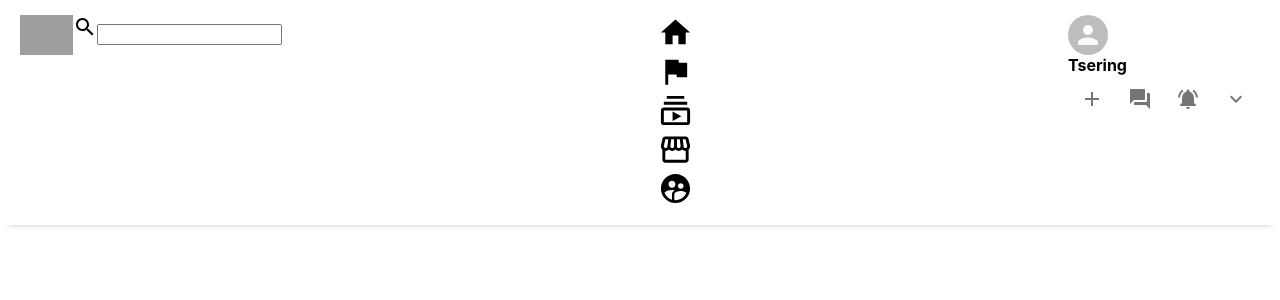
Repository: exiled-kal/FaceBook
Page: /
These files come from the project's save history. The page is drawn as it stood at one moment and after a run of saves; the edit follows.
The browser window is 1280 px wide. The pictures show the whole page.
Pictures or frames that could not be fetched are drawn as grey boxes. The project was rebuilt for these pictures with package versions that can differ from the ones it lists, and the page was loaded fresh each time. Also part of the build but not shown: src/App.css.

Above is the page before, as saved 2020-08-29 21:52:32.

### src/App.js
import React from 'react';
import './App.css';
import Header from './Header';

function App() {
  return (
    <div className="app">
      {/* Header */}
      <Header />
      {/* App Body */}
      {/* SideBar */}
      {/* Feed */}
      {/* Widget */}
    </div>
  );
}

export default App;

### src/Header.js
import React from 'react';
import './Header.css';
import SearchIcon from '@material-ui/icons/Search';
import HomeIcon from '@material-ui/icons/Home';
import FlagIcon from '@material-ui/icons/Flag';
import SubscriptionOutlinedIcon from '@material-ui/icons/SubscriptionsOutlined';
import StorefrontOutlinedIcon from '@material-ui/icons/StorefrontOutlined';
import SupervisedUserCircleIcon from '@material-ui/icons/SupervisedUserCircle';
import {Avatar, IconButton} from '@material-ui/core';
import AddIcon from '@material-ui/icons/Add';
import ForumIcon from '@material-ui/icons/Forum';
import NotificationActiveIcon from '@material-ui/icons/NotificationsActive';
import ExpandMoreIcon from '@material-ui/icons/ExpandMore';

function Header() {
  return (
    <div className="header">
      <div className="header__left">
        <img
          src="https://facebookbrand.com/wp-content/uploads/2019/04/f_logo_RGB-Hex-Blue_512.png?w=512&h=512"
          alt=""
        />
        <div className="header__input">
          <SearchIcon />
          <input type="text" />
        </div>
      </div>

      <div className="header__middle">
        <div className="header__option">
          <HomeIcon fontSize="large" />
        </div>
        <div className="header__option">
          <FlagIcon fontSize="large" />
        </div>
        <div className="header__option">
          <SubscriptionOutlinedIcon fontSize="large" />
        </div>
        <div className="header__option">
          <StorefrontOutlinedIcon fontSize="large" />
        </div>
        <div className="header__option">
          <SupervisedUserCircleIcon fontSize="large" />
        </div>
      </div>

      <div className="header__right">
        <div className="header__info">
          <Avatar />
          <h4>Tsering</h4>
        </div>
        <IconButton>
          <AddIcon />
        </IconButton>
        <IconButton>
          <ForumIcon />
        </IconButton>
        <IconButton>
          <NotificationActiveIcon />
        </IconButton>
        <IconButton>
          <ExpandMoreIcon />
        </IconButton>
      </div>
    </div>
  );
}

export default Header;

### src/Header.css
.header {
  display: flex;
  padding: 15px 20px;
  justify-content: space-between;
  position: sticky;
  background-color: white;
  z-index: 100;
  top: 0;
  box-shadow: 0px 5px 8px -9px rgba(0, 0, 0, 0.75);
}

.header__left {
  display: flex;
  justify-content: space-evenly;
}
.header__left > img {
  height: 40px;
}

Loaded but not shown: public/index.html (common file); src/index.js (common file); src/index.css (common file); src/serviceWorker.js (common file)

After the next 5 saves:
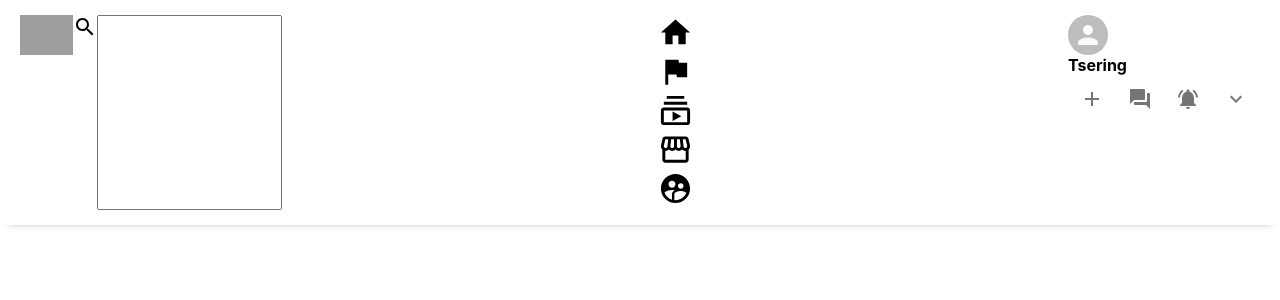
The 5 saves are shown as one change because they came seconds apart.
The last was saved 17 s later.
--- a/src/Header.css
+++ b/src/Header.css
@@ -13,6 +13,12 @@
   display: flex;
   justify-content: space-evenly;
 }
+
+.header__input {
+    display: flex;
+
+}
+
 .header__left > img {
   height: 40px;
 }
